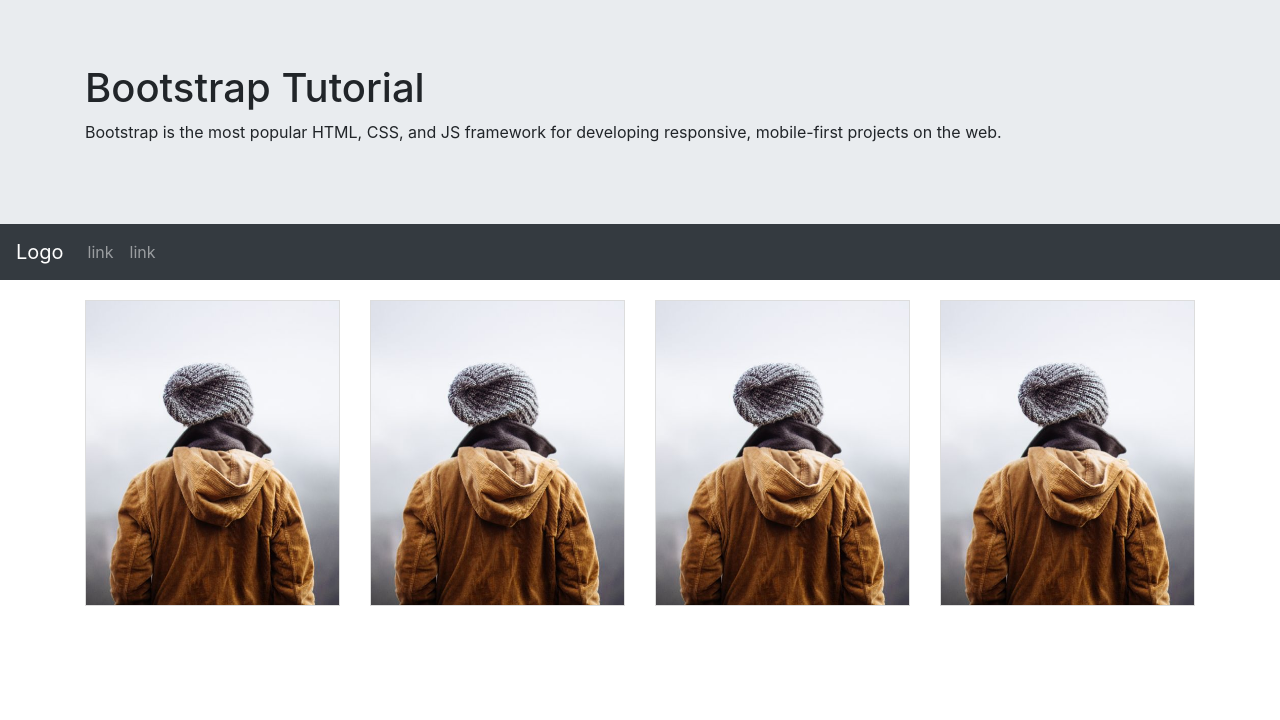
Repository: jwsimhj97/jwork_n
Page: JSPProject/WebContent/03-08/bootexam.html
These files come from the project's save history. The page is drawn as it stood at one moment and after the next save; the edit follows.
The browser window is 1280 px wide. The pictures show the whole page.

Above is the page before, as saved 2022-03-08 06:40:12.

### JSPProject/WebContent/03-08/bootexam.html
<!DOCTYPE html>
<html lang="en">
<head>
  <title>Bootstrap Example</title>
  <meta charset="utf-8">
  <meta name="viewport" content="width=device-width, initial-scale=1">
  <link rel="stylesheet" href="https://cdn.jsdelivr.net/npm/bootstrap@4.6.1/dist/css/bootstrap.min.css">
  <link rel="stylesheet" href="https://use.fontawesome.com/releases/v5.7.0/css/all.css" integrity="sha384-lZN37f5QGtY3VHgisS14W3ExzMWZxybE1SJSEsQp9S+oqd12jhcu+A56Ebc1zFSJ" crossorigin="anonymous">
  <script src="https://cdn.jsdelivr.net/npm/jquery@3.5.1/dist/jquery.slim.min.js"></script>
  <script src="https://cdn.jsdelivr.net/npm/popper.js@1.16.1/dist/umd/popper.min.js"></script>
  <script src="https://cdn.jsdelivr.net/npm/bootstrap@4.6.1/dist/js/bootstrap.bundle.min.js"></script>
  <style>
  	.jumbotron{margin-bottom:0px !important;}
  	img{width:100%; margin-top:20px; border:1px solid #ddd;}
  	.smNav {-webkit-justify-content: space-between !important; justify-content: space-between !important;}

  	/*lg사이즈 보다 작을 때(미만)*/
  	@media screen and (max-width:992px){
  		#lgNav{display:none;}
  		#smNav{visibility:visible;}
  		.jumbotron{display:none;}
  	}
  	/*lg사이즈 보다 클 때(이상)*/
  	@media screen and (min-width:992px){
  		#lgNav{visibility:visible;}
  		#smNav{display:none;}
  	}
  </style>
</head>
<body>

<div class="jumbotron jumbotron-fluid">
  <div class="container">
    <h1>Bootstrap Tutorial</h1>
    <p>Bootstrap is the most popular HTML, CSS, and JS framework for developing responsive, mobile-first projects on the web.</p>
  </div>
</div>

<div id="lgNav">
	<nav class="lgNav navbar navbar-expand-sm bg-dark navbar-dark sticky-top">
	  <a class="navbar-brand" href="#">Logo</a>
	  <ul class="navbar-nav">
	    <li class="nav-item">
	      <a class="nav-link" href="#">link</a>
	    </li>
	    <li class="nav-item">
	      <a class="nav-link" href="#">link</a>
	    </li>
	  </ul>
	</nav>
</div>

<div id="smNav">
	<nav class="smNav navbar navbar-expand-sm bg-dark navbar-dark sticky-top">
	  <a class="navbar-brand" href="#">Logo</a>
	  <ul class="navbar-nav">
	    <li class="nav-item">
	      <a class="nav-link" href="#"><i class="fas fa-bars"></i></a>
	    </li>
	  </ul>
	</nav>
</div>


<div class="container">
  <div class="row">
    <div class="col-sm-3"><img src="img/img_girl.jpg"></div>
    <div class="col-sm-3"><img src="img/img_girl.jpg"></div>
    <div class="col-sm-3"><img src="img/img_girl.jpg"></div>
    <div class="col-sm-3"><img src="img/img_girl.jpg"></div>
  </div>
</div>


</body>
</html>

After the next save:
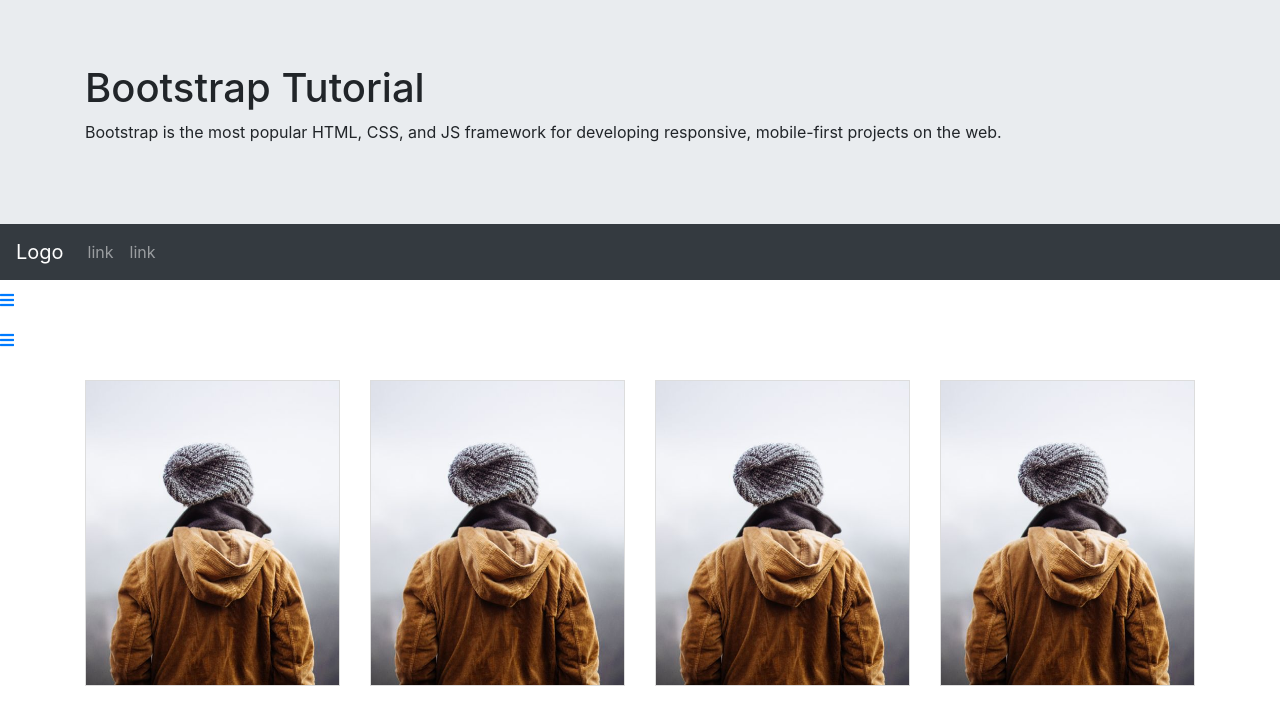
Saved 2 min 34 s later.
--- a/JSPProject/WebContent/03-08/bootexam.html
+++ b/JSPProject/WebContent/03-08/bootexam.html
@@ -61,6 +61,17 @@
 	</nav>
 </div>
 
+<div id="subNav">
+	  <ul class="navbar-nav">
+	    <li class="nav-item">
+	      <a class="nav-link" href="#"><i class="fas fa-bars"></i></a>
+	    </li>
+	    <li class="nav-item">
+	      <a class="nav-link" href="#"><i class="fas fa-bars"></i></a>
+	    </li>
+	  </ul>
+</div>
+
 
 <div class="container">
   <div class="row">
